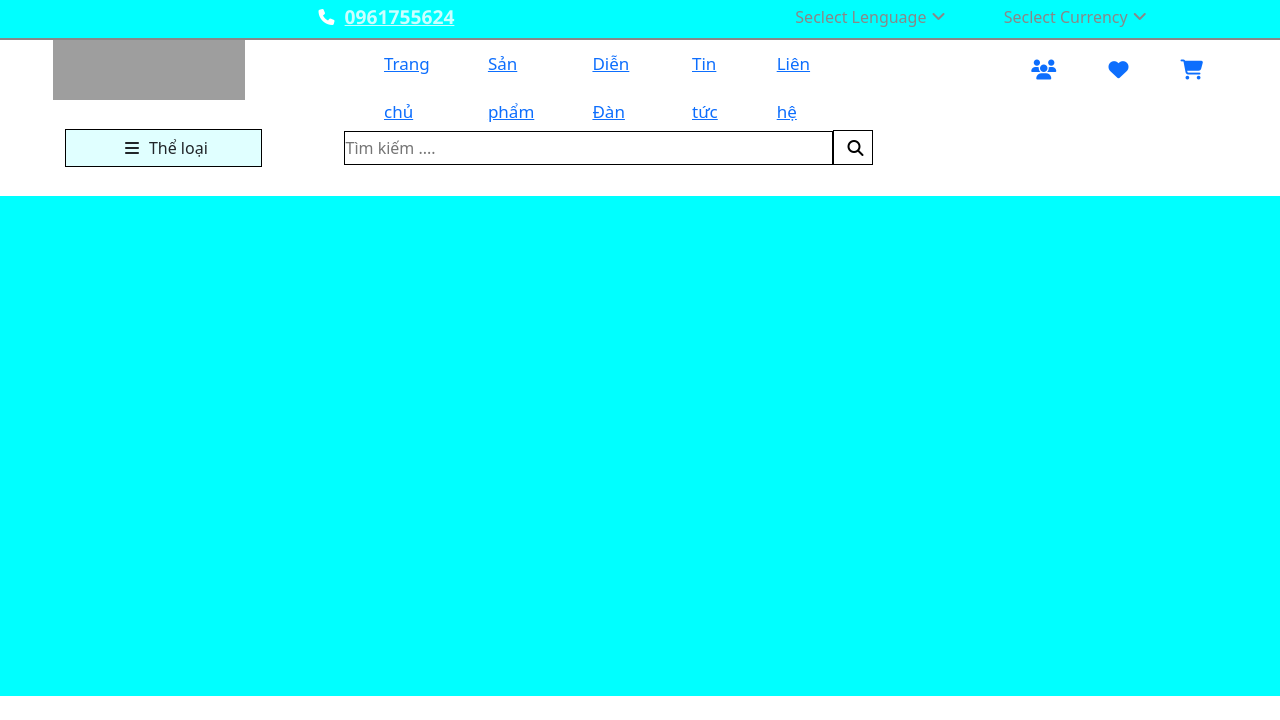
Repository: giacatdat2k5/Baitaplon
Page: da/d.html
An editor plug-in stored every save of this project. The page is shown before and after the next save, followed by the edit.
The browser window is 1280 px wide. The pictures show the whole page.
Pictures or frames that could not be fetched are drawn as grey boxes.

Above is the page before, as saved 2023-11-07 22:31:43.

After the next save:
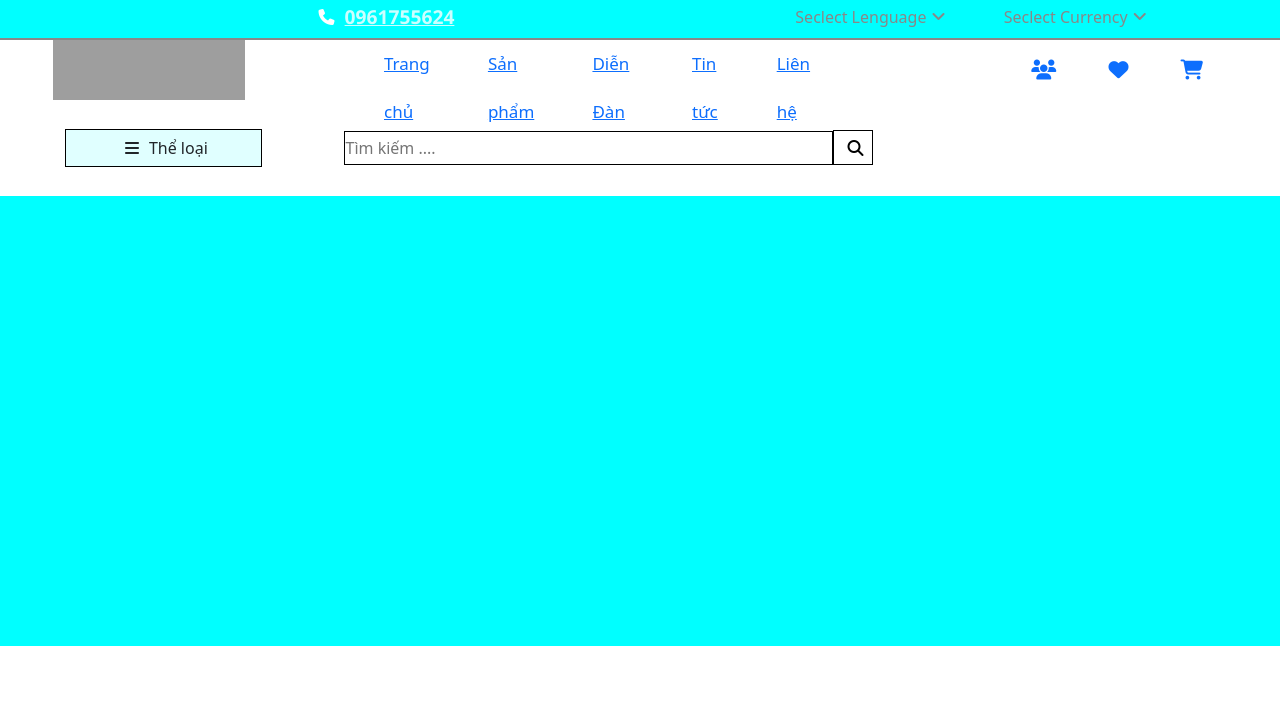
Saved 7 s later.
--- a/da/d.css
+++ b/da/d.css
@@ -177,6 +177,6 @@
 }
 .carousel{
     width: 100%;
-    height: 500px;
+    height: 450px;
     background-color: #00FFFF;
 }
